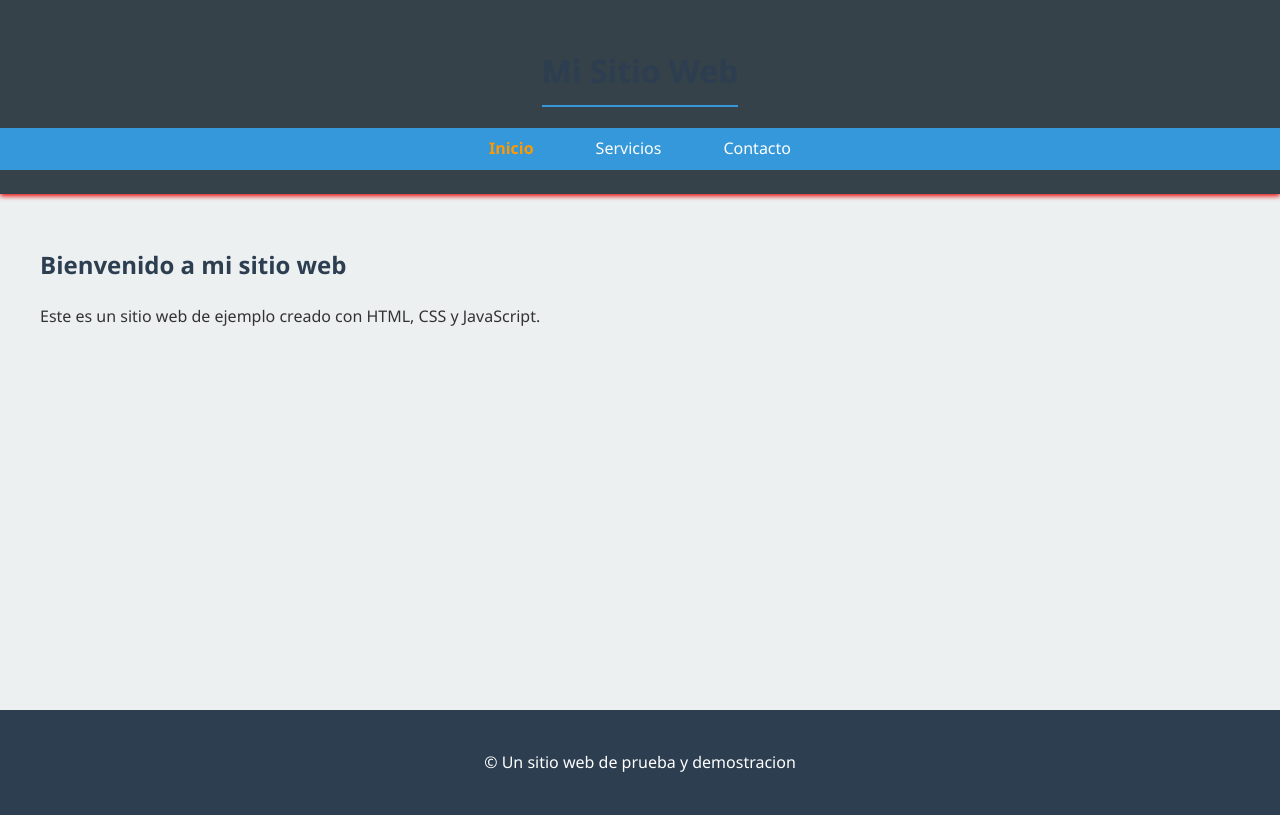
Repository: Sevanjo/Pagina_web
Page: HTML/index.html
These files come from the project's save history. The page is drawn as it stood at one moment and after the next save; the edit follows.
The browser window is 1280 px wide. The pictures show the whole page.

Above is the page before, as saved 2025-04-20 19:18:06.

### HTML/index.html
<!DOCTYPE html>
<html lang="es">
<head>
    <meta charset="UTF-8">
    <meta name="viewport" content="width=device-width, initial-scale=1.0">
    <title>Mi Sitio Web - Inicio</title>
    <link rel="stylesheet" href="../CSS/styles.css">
</head>
<body>
    <header>
        <h1>Mi Sitio Web</h1>
        <nav>
            <ul>
                <li><a href="index.html">Inicio</a></li>
                <li><a href="servicios.html">Servicios</a></li>
                <li><a href="contacto.html">Contacto</a></li>
            </ul>
        </nav>
    </header>

    <main>
        <section>
            <h2>Bienvenido a mi sitio web</h2>
            <p>Este es un sitio web de ejemplo creado con HTML, CSS y JavaScript.</p>
        </section>
    </main>

    <footer>
        <p>&copy; Un sitio web de prueba y demostracion</p>
    </footer>

    <script src="js/script.js"></script>
</body>
</html>

### CSS/styles.css
/* Variables de color */
:root {
    --primary-color: #2c3e50;
    --secondary-color: #3498db;
    --accent-color: #e74c3c;
    --light-color: #ecf0f1;
    --dark-color: #2c3e50;
    --text-color: #333333;
    --text-light: #ffffff;
}

/* Estilos generales */
body {
    font-family: 'Segoe UI', Tahoma, Geneva, Verdana, sans-serif;
    line-height: 1.6;
    margin: 0;
    padding: 0;
    color: var(--text-color);
    background-color: var(--light-color);
}

header {
    background: var(--primary-color);
    color: var(--text-light);
    padding: 1.5rem 0;
    text-align: center;
    box-shadow: 0 2px 5px rgb(234, 3, 3);
}

nav {
    background: var(--secondary-color);
    padding: 0.5rem 0;
}

nav ul {
    padding: 0;
    list-style: none;
    text-align: center;
    margin: 0;
    display: flex;
    justify-content: center;
}

nav li {
    margin: 0 15px;
}

nav a {
    color: var(--text-light);
    text-decoration: none;
    padding: 0.5rem 1rem;
    border-radius: 4px;
    transition: all 0.3s ease;
}

nav a:hover {
    background: rgba(255,255,255,0.2);
}

main {
    padding: 2rem;
    max-width: 1200px;
    margin: 0 auto;
    min-height: calc(100vh - 300px); /* Ajuste para el footer */
}

footer {
    background: var(--primary-color);
    color: var(--text-light);
    text-align: center;
    padding: 1.5rem;
    margin-top: 2rem;
}

/* Estilos para títulos */
h1, h2, h3 {
    color: var(--primary-color);
}

h1 {
    border-bottom: 2px solid var(--secondary-color);
    padding-bottom: 0.5rem;
    display: inline-block;
}

/* Botones */
button, .button {
    background: var(--secondary-color);
    color: var(--text-light);
    border: none;
    padding: 0.6rem 1.2rem;
    border-radius: 4px;
    cursor: pointer;
    transition: all 0.3s ease;
}

button:hover, .button:hover {
    background: var(--accent-color);
    transform: translateY(-2px);
}

/* Efectos adicionales */
.card {
    background: white;
    border-radius: 8px;
    padding: 1.5rem;
    margin: 1rem 0;
    box-shadow: 0 2px 10px rgba(0,0,0,0.1);
    transition: transform 0.3s ease;
}

.card:hover {
    transform: translateY(-5px);
}

### JS/script.js
// Función para manejar el envío del formulario
document.getElementById('contactForm')?.addEventListener('submit', function(e) {
    e.preventDefault();

    const name = document.getElementById('name').value;
    const email = document.getElementById('email').value;
    const message = document.getElementById('message').value;

    // Validación simple
    if (name && email && message) {
        alert(`Gracias ${name}, tu mensaje ha sido enviado. Te responderemos a ${email} pronto.`);
        this.reset();
    } else {
        alert('Por favor completa todos los campos.');
    }
});

// Cambiar el color del encabezado al hacer scroll
window.addEventListener('scroll', function() {
    const header = document.querySelector('header');
    if (window.scrollY > 50) {
        header.style.backgroundColor = '#222';
    } else {
        header.style.backgroundColor = '#35424a';
    }
});

// Resaltar el enlace de la página actual
document.addEventListener('DOMContentLoaded', function() {
    const currentPage = location.pathname.split('/').pop();
    const links = document.querySelectorAll('nav a');

    links.forEach(link => {
        if (link.getAttribute('href') === currentPage) {
            link.style.fontWeight = 'bold';
            link.style.color = '#ff9900';
        }
    });
});

After the next save:
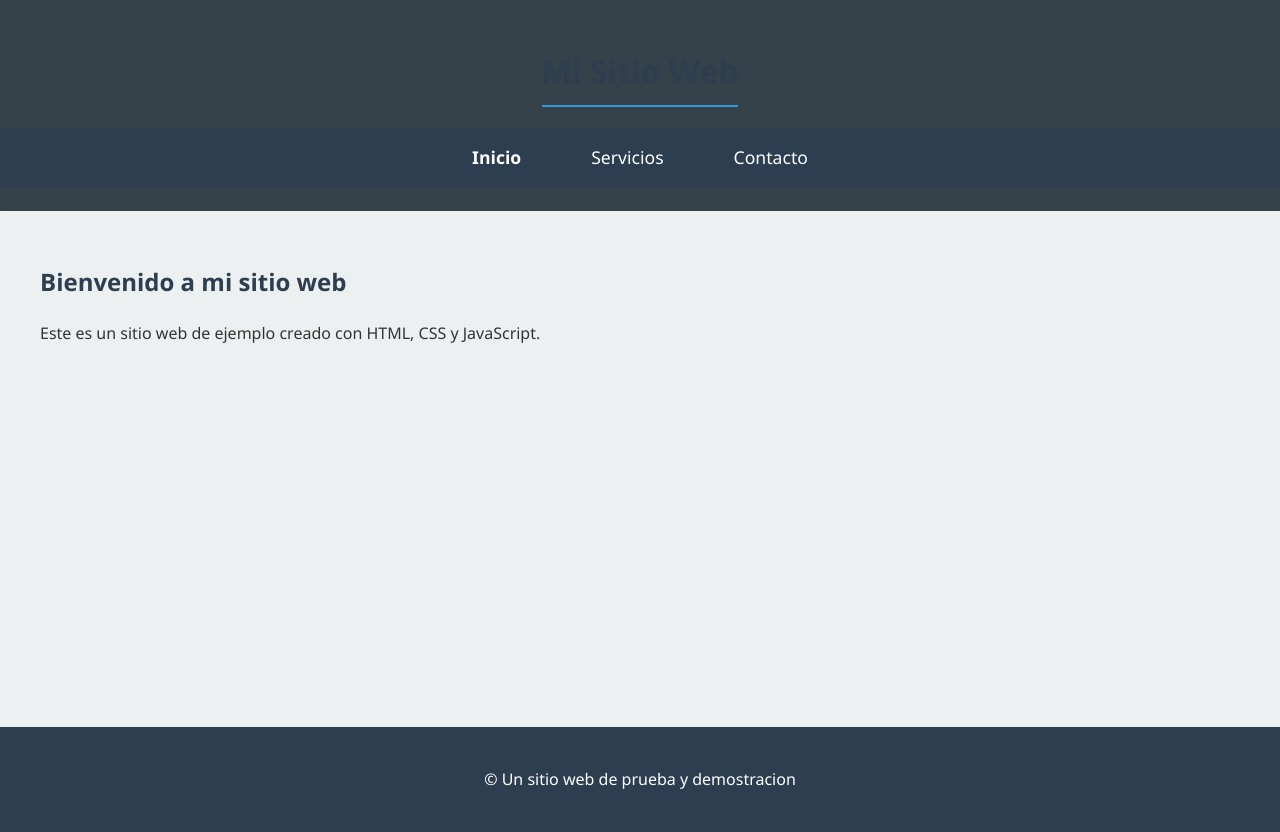
Saved 2 min 46 s later.
--- a/CSS/styles.css
+++ b/CSS/styles.css
@@ -20,16 +20,17 @@ body {
 }
 
 header {
+
     background: var(--primary-color);
     color: var(--text-light);
     padding: 1.5rem 0;
     text-align: center;
-    box-shadow: 0 2px 5px rgb(234, 3, 3);
+    box-shadow: 0 2px 5px rgba(254, 254, 254, 0.1);
 }
 
 nav {
-    background: var(--secondary-color);
-    padding: 0.5rem 0;
+    background-color: #2c3e50;
+    padding: 15px 0;
 }
 
 nav ul {
@@ -46,15 +47,16 @@ nav li {
 }
 
 nav a {
-    color: var(--text-light);
+    color: #ffffff !important;
     text-decoration: none;
-    padding: 0.5rem 1rem;
-    border-radius: 4px;
+    padding: 10px 20px;
+    font-weight: 500;
+    font-size: 1.1rem;
     transition: all 0.3s ease;
 }
 
 nav a:hover {
-    background: rgba(255,255,255,0.2);
+    color: #f1c40f !important;
 }
 
 main {
